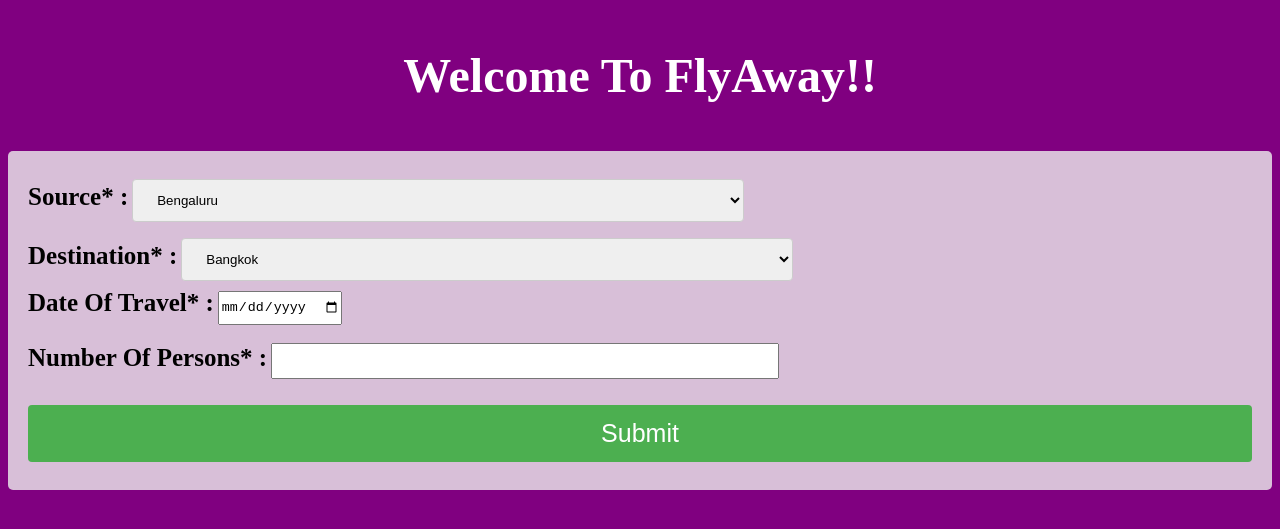
Repository: KanimozhiThandapani/Phase2AirlineBookingProject
Page: http://localhost/AirlineBooking/homepage.jsp
An editor plug-in stored every save of this project. The page is shown before and after the next save, followed by the edit.
The browser window is 1280 px wide. The pictures show the whole page.
The page is served by Tomcat 9. Other server files are loaded and not shown.

Above is the page before, as saved 2022-04-22 10:44:11.

### AirlineBooking/WebContent/homepage.jsp
<!DOCTYPE html>
<html>
<style>
input[type=text], select {
  width: 50%;
  padding: 12px 20px;
  margin: 8px 0;
  display: inline-block;
  border: 1px solid #ccc;
  border-radius: 4px;
  box-sizing: border-box;
}

input[type=submit] {
  width: 100%;
  background-color: #4CAF50;
  color: white;
  padding: 14px 20px;
  margin: 8px 0;
  border: none;
  border-radius: 4px;
  cursor: pointer;
  text-align: center;
}

input[type=submit]:hover {
  background-color: #45a049;
  text-align: center;
}

div {
  border-radius: 5px;
  background-color: thistle;
  padding: 20px;
}

h3 {
  text-align: center;
  font-size: 3em;
  color: white;
}
</style>
<body style="background-color:purple;">


<h3>Welcome To FlyAway!!</h3>

<div>
  <form action="flightDetails" method="get">

    <label for="source" style="font-size: 25px"><strong>Source* :</strong></label>
    <select id="source" name="source">
      <option value="bengaluru">Bengaluru</option>
      <option value="chennai">Chennai</option>
      <option value="kochi">Kochi</option>
      <option value="mumbai">Mumbai</option>
    </select><br>

    <label for="destination" style="font-size: 25px"><strong>Destination* :</strong></label>
    <select id="destination" name="destination">
      <option value="bangkok">Bangkok</option>
      <option value="bengaluru">Bengaluru</option>
      <option value="mumbai">Mumbai</option>
      <option value="newDelhi">New Delhi</option>
    </select><br>

    <label for="dateOfTravel" style="font-size: 25px"><strong>Date Of Travel* :</strong></label>
    <input type="date" id="dot" name="dot" style="height: 30px;" required><br><br>

    <label for="numberOfPersons" style="font-size: 25px"><strong>Number Of Persons* :</strong></label>
    <input type="number" name="numberOfPersons" style="width:500px;height: 30px;" required><br><br>

    <input type="submit" value="Submit" style="font-size: 25px">
  </form>
</div>

</body>
</html>

After the next save:
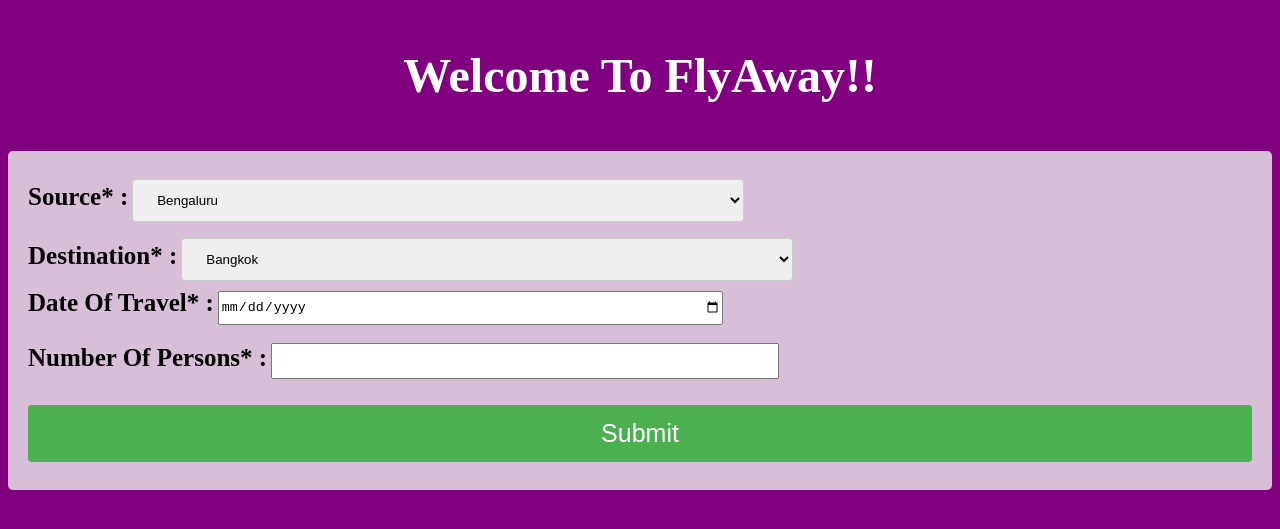
Saved 5 s later.
--- a/AirlineBooking/WebContent/homepage.jsp
+++ b/AirlineBooking/WebContent/homepage.jsp
@@ -65,7 +65,7 @@ h3 {
     </select><br>
 
     <label for="dateOfTravel" style="font-size: 25px"><strong>Date Of Travel* :</strong></label>
-    <input type="date" id="dot" name="dot" style="height: 30px;" required><br><br>
+    <input type="date" id="dot" name="dot" style="width:500px;height: 30px;" required><br><br>
 
     <label for="numberOfPersons" style="font-size: 25px"><strong>Number Of Persons* :</strong></label>
     <input type="number" name="numberOfPersons" style="width:500px;height: 30px;" required><br><br>
